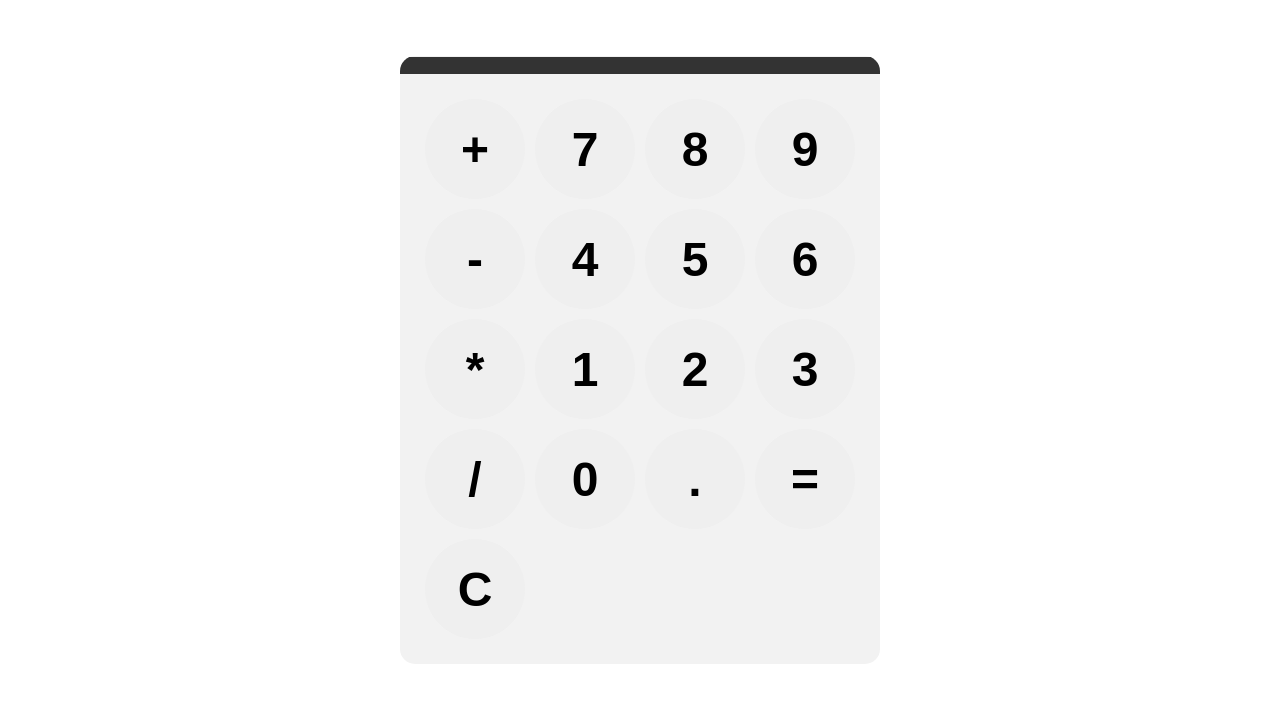
Repository: 23HarveyJi/25-Fall_chillguys
Page: calculator.html
These files come from the project's save history. The page is drawn as it stood at one moment and after a run of saves; the edit follows.
The browser window is 1280 px wide. The pictures show the whole page.
The pointer rests on the first visible `.operator-btn`.

Above is the page before, as saved 2025-10-10 15:17:39.

After the next 2 saves:
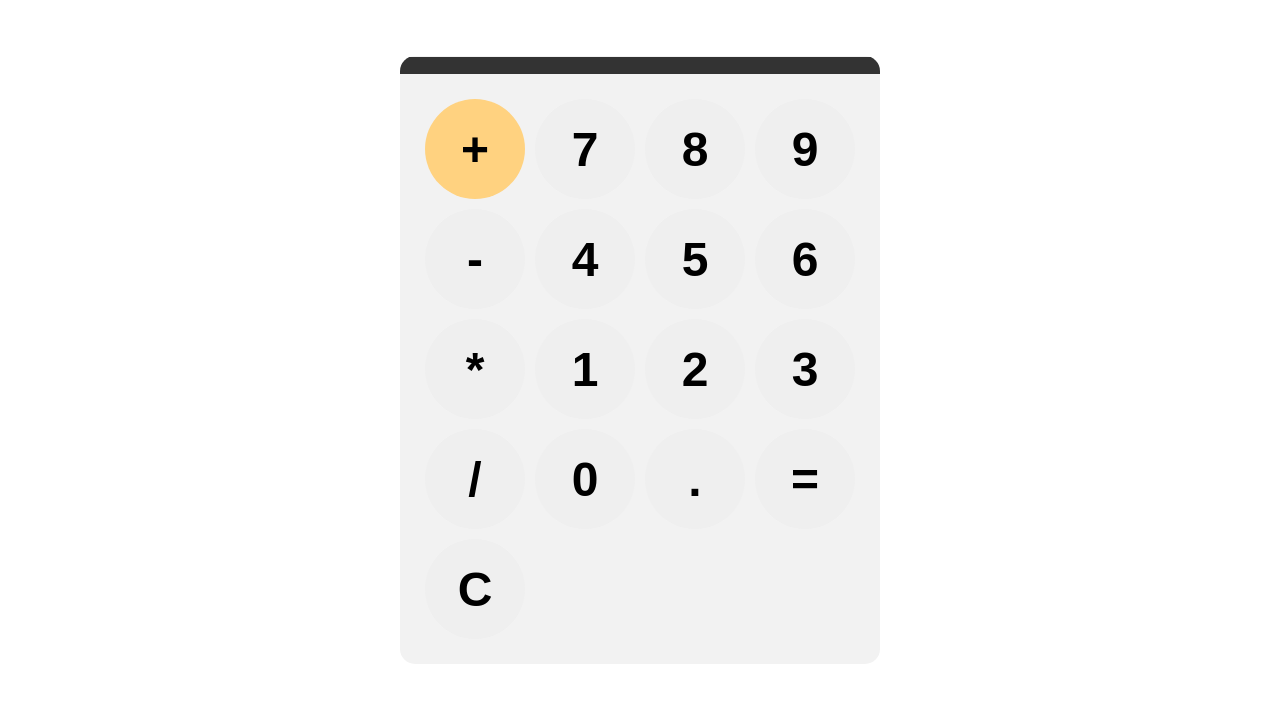
The 2 saves are shown as one change because they came seconds apart.
The last was saved 15 s later.
--- a/calculator.css
+++ b/calculator.css
@@ -47,5 +47,5 @@
 .operator-btn{
     background-color: hsl(39,100%,65%);
 }
-.operator-btn:hover{
+.operator-btn:hover{}
     background-color: hsl(39,100%,75%);

After the 2 saves that followed:
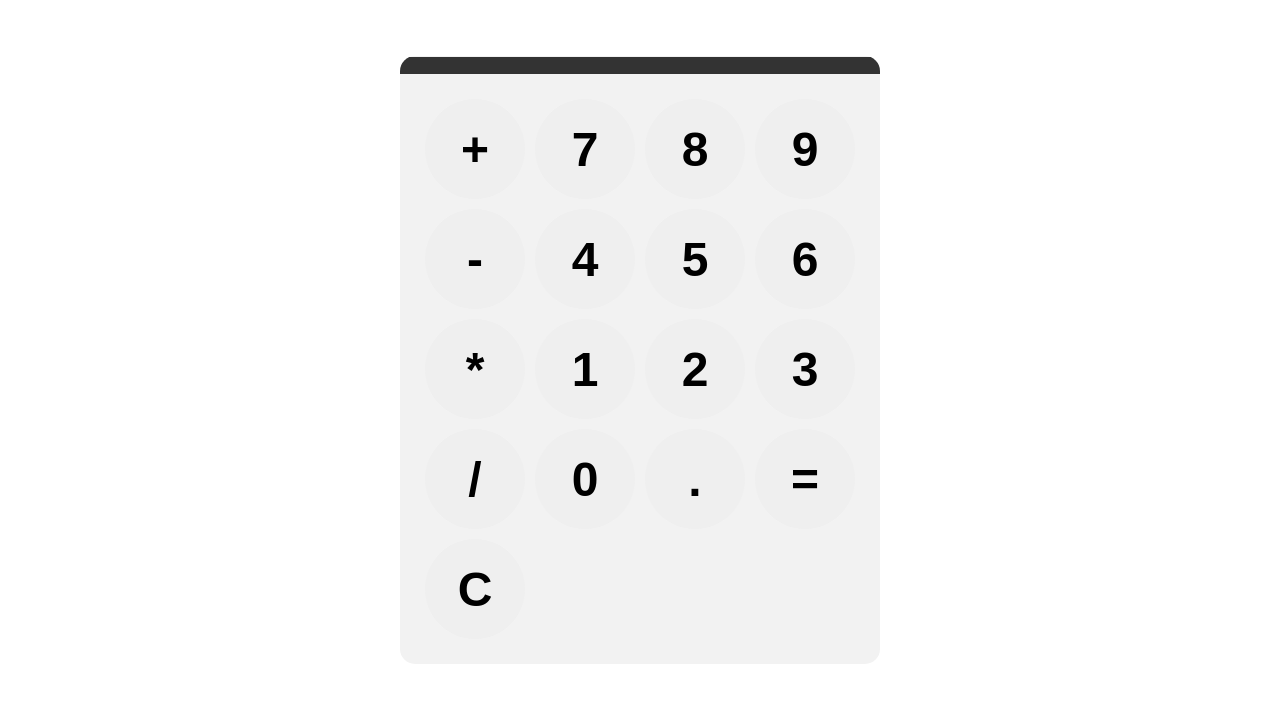
The 2 saves are shown as one change because they came seconds apart.
The last was saved 7 s later.
--- a/calculator.css
+++ b/calculator.css
@@ -47,5 +47,6 @@
 .operator-btn{
     background-color: hsl(39,100%,65%);
 }
-.operator-btn:hover{}
+.operator-btn:hover{
     background-color: hsl(39,100%,75%);
+}
